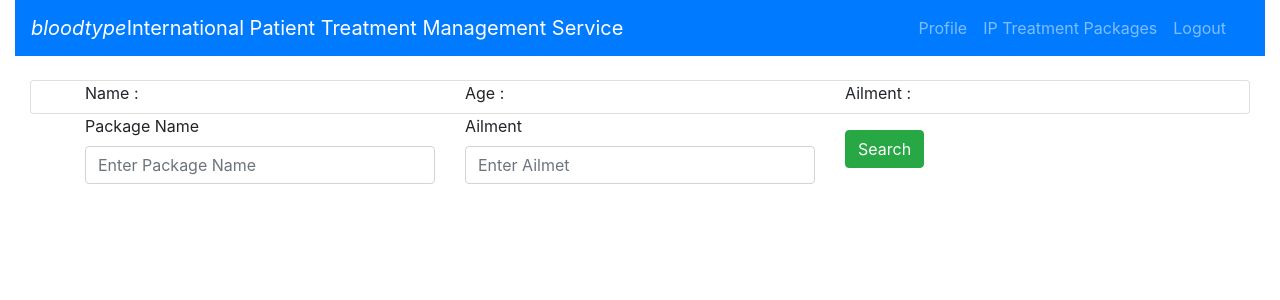
Repository: Vineet2408/POD-Cognizant
Page: http://localhost/iptms-UIportal/WEB-INF/view/IPTreatmentPackagesServices.jsp
The author's editor kept a copy of each file at every save. The page is drawn from the files as they stood at one save, then again after the next save.
The browser window is 1280 px wide. The pictures show the whole page.
The page is served by Tomcat 9. Nobody is signed in. Other server files are loaded and not shown. The template is opened directly, without the code that normally fills it, so the values that code supplies are empty.

Above is the page before, as saved 2021-03-07 16:00:20.

### iptms-UIportal/src/main/webapp/WEB-INF/view/IPTreatmentPackagesServices.jsp
<%@ page language="java" contentType="text/html; charset=ISO-8859-1"
    pageEncoding="ISO-8859-1"
    isELIgnored="false"
    %>
     <%@ taglib prefix="fmt" uri="http://java.sun.com/jsp/jstl/fmt"%>
	<%@ taglib prefix="c" uri="http://java.sun.com/jsp/jstl/core"%>
<html>
<head>
<%@ include file="headlink.jsp"%>
<title></title>
</head>
<body>

 	<div class="container-fluid">
		<%@ include file="patientheader.jsp"%>
		<br>
		<!-- header............................................................................................. -->
	<div class="container-fluid">
		<div class="card">
			<div class="container">
				<div class="row">

					<div class="col-md-4">
						<label>Name : </label>${user.name}
					</div>
					<div class="col-md-4">
						<label>Age : </label>${user.age}
					</div>
					<div class="col-md-4">
						<label>Ailment : </label>${user.ailment}
					</div>
				</div>
			</div>
		</div>
	</div>
	<div class="container-fluid">
		<form action="/searchPackage">
			<div class="container">
				<div class="row">
					<div class="col-md-4">

						<label for="packageName">Package Name</label>
						<input type="text" class="form-control" id="packageName" name="packageName" placeholder="Enter Package Name">

					</div>
					<div class="col-md-4">
						<label for="ailmet">Ailment</label>
						<input type="text" class="form-control" id="ailmet" name="ailmet" placeholder="Enter Ailmet">
					</div>
					<div class="col-md-3">
						<p> </p>
						<button type="submit" class="btn btn-success">Search </button>
					</div>
				</div>
			</div>

		</form>
	</div>
	<div class="container-fluid">

    <div class="row">
        <!--start loop here-->
        <c:forEach var="iptreatmentPackage" items="${iptreatmentPackageList}">
        <div class="col-md-3 col-lg-3 col-sm-3">

            <div class="card">
                <div class="row">
                    <div class="col bg-danger"><label>${iptreatmentPackage.ailmentCategory}</label></div>
                </div>
                <img class="card-img-top"
                src="https://images.unsplash.com/photo-1597764690523-15bea4c581c9?ixlib=rb-1.2.1&ixid=MXwxMjA3fDB8MHxwaG90by1wYWdlfHx8fGVufDB8fHw%3D&auto=format&fit=crop&w=750&q=80" alt="Sandwich">

                    <div class="container">
                        <div class="row">
                            <div class="col text-left">
                                <label  name="Name" >${iptreatmentPackage.packageDetail.treatmentPackageName}</label>
                            </div>
                            <div class="col text-right">
                                <label class="card-text" name="Cost">${iptreatmentPackage.packageDetail.cost}</label>
                            </div>

                        </div>
                        <div class="row">
                            <div class="col text-left">
                                <span class="badge badge-success" name="Detail" id="Package-Details">Test Detail</span>
                                <label class="text-danger" name="Category">${iptreatmentPackage.packageDetail.testDetails}</label>
                            </div>
                            <div class="col text-right" id="Sandwich-delivery">
                                <label> </label>
                            </div>
                        </div>
                        <div class="row">
                            <div class="col text-left text-muted">
                                <i class="material-icons" id="schedule-icon">schedule</i><label>Treatment Duration</label><br>
                            </div>
                            <div class="col text-right">
                                <label>${iptreatmentPackage.packageDetail.treatmentDuration}</label>
                            </div>

                        </div>
                        <div class="row justify-content-center">
                            <div></div>
                            <div class="col-12 justify-content-center">

                                    <a href="/patient/getTreatment/?id=${iptreatmentPackage.id}" class=" btn btn-primary" name="Edit"><i class="material-icons">queue</i>Get Treatment</a>
                                </div>
                            </div>
                        </div>
                    </div>
            </div>
             </c:forEach>
            <!--end loop here-->
        </div>
	</div>


	</div>

</body>
</html>

### iptms-UIportal/src/main/webapp/WEB-INF/view/headlink.jsp
<!-- Latest compiled and minified CSS -->
<link rel="stylesheet"
	href="https://maxcdn.bootstrapcdn.com/bootstrap/4.4.1/css/bootstrap.min.css">
      <link rel="stylesheet" href="https://stackpath.bootstrapcdn.com/bootstrap/4.3.1/css/bootstrap.min.css"
        integrity="sha384-ggOyR0iXCbMQv3Xipma34MD+dH/1fQ784/j6cY/iJTQUOhcWr7x9JvoRxT2MZw1T" crossorigin="anonymous">
        <link href="https://fonts.googleapis.com/icon?family=Material+Icons" rel="stylesheet">
<!-- jQuery library -->
<script
	src="https://ajax.googleapis.com/ajax/libs/jquery/3.4.1/jquery.min.js"></script>

<!-- Popper JS -->
<script
	src="https://cdnjs.cloudflare.com/ajax/libs/popper.js/1.16.0/umd/popper.min.js"></script>

<!-- Latest compiled JavaScript -->
<script
	src="https://maxcdn.bootstrapcdn.com/bootstrap/4.4.1/js/bootstrap.min.js"></script>
<meta http-equiv="Content-Type" content="text/html; charset=ISO-8859-1">

### iptms-UIportal/src/main/webapp/WEB-INF/view/patientheader.jsp
<%@ page language="java" contentType="text/html; charset=ISO-8859-1"
    pageEncoding="ISO-8859-1"%>
<!DOCTYPE html>
<html>
<head>
	<%@ include file="headlink.jsp"%>

</head>
<body>
	<header>
	    <div class="jumbotron-fluid bg-danger text-white">
	        <nav class="navbar navbar-expand-md navbar-dark bg-primary text-white justify-content-center" id="navbar" >
	            <a href="IPPackagesview.html" class="navbar-brand"><i class="material-icons">bloodtype</i>International Patient Treatment Management Service</a>
	            <button class="navbar-toggler" data-toggle="collapse" data-target="#truyumbar">
	                <span class="navbar-toggler-icon"></span>
	            </button>
	            <div class="container">
	                <div class="collapse navbar-collapse" id="truyumbar">
	                    <ul class="navbar-nav ml-auto">
	                        <li class="nav-item"><a href="profile.html" class="nav-link">Profile</a></li>

	                        <li class="nav-item"><a href="IPPackagesview.html" class="nav-link">IP Treatment Packages</a></li>
	                        <li class="nav-item"><a href="logout.html" class="nav-link">Logout</a></li>
	                    </ul>
	                </div>
	            </div>
	        </nav>
	     </div>

	</header>
</body>
</html>

After the next save:
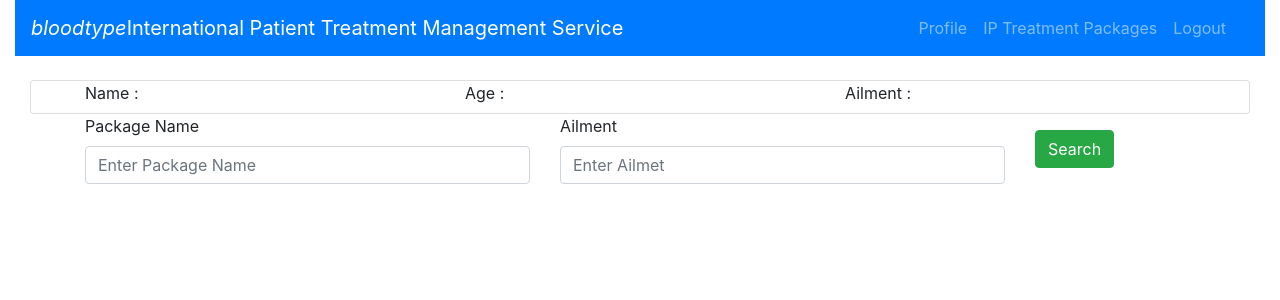
Saved 21 s later.
--- a/iptms-UIportal/src/main/webapp/WEB-INF/view/IPTreatmentPackagesServices.jsp
+++ b/iptms-UIportal/src/main/webapp/WEB-INF/view/IPTreatmentPackagesServices.jsp
@@ -37,17 +37,17 @@
 		<form action="/searchPackage">
 			<div class="container">
 				<div class="row">
-					<div class="col-md-4">
+					<div class="col-md-5">
 
 						<label for="packageName">Package Name</label>
 						<input type="text" class="form-control" id="packageName" name="packageName" placeholder="Enter Package Name">
 
 					</div>
-					<div class="col-md-4">
+					<div class="col-md-5">
 						<label for="ailmet">Ailment</label>
 						<input type="text" class="form-control" id="ailmet" name="ailmet" placeholder="Enter Ailmet">
 					</div>
-					<div class="col-md-3">
+					<div class="col-md-2">
 						<p> </p>
 						<button type="submit" class="btn btn-success">Search </button>
 					</div>
